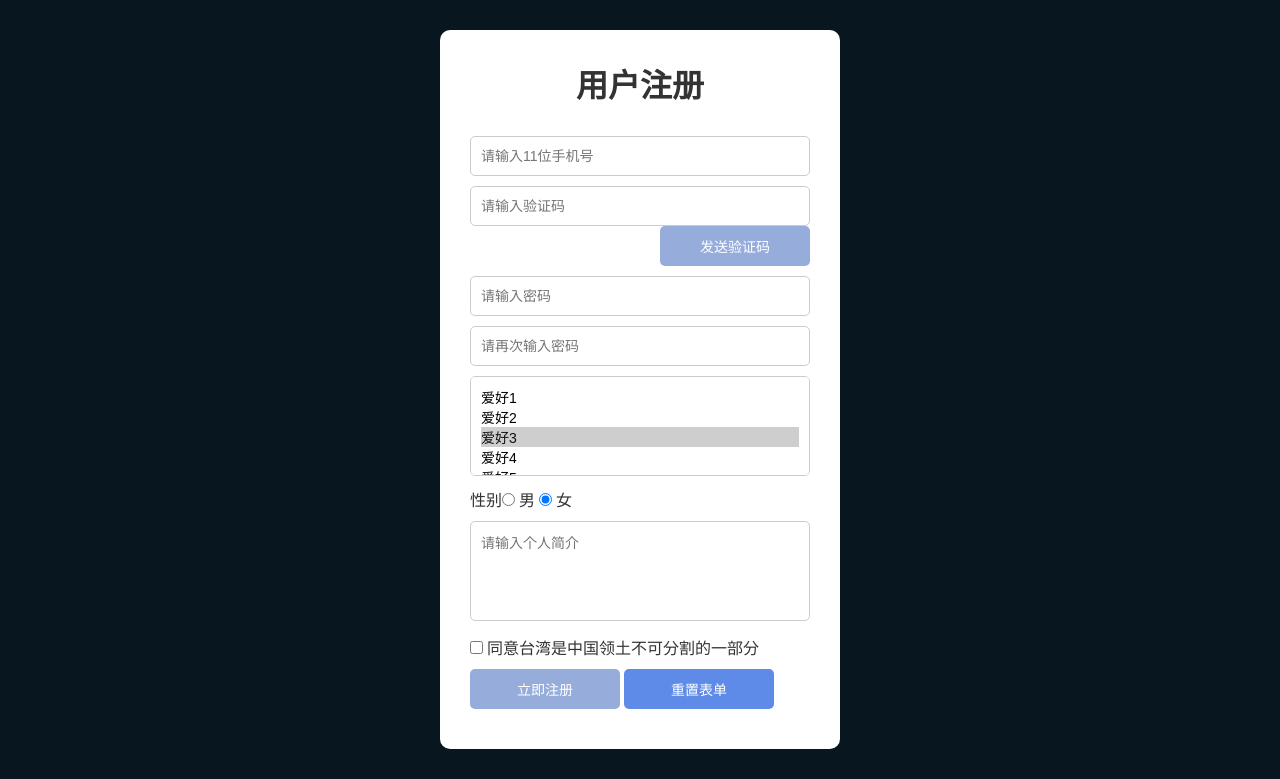
Repository: taoxiaofeng/hello-javascript
Page: master-class/index.html
These files come from the project's save history. The page is drawn as it stood at one moment and after the next save; the edit follows.
The browser window is 1280 px wide. The pictures show the whole page.

Above is the page before, as saved 2024-07-23 22:57:19.

### master-class/index.html
<!DOCTYPE html>
<html lang="en">

<head>
  <meta charset="UTF-8">
  <meta name="viewport" content="width=device-width, initial-scale=1.0">
  <title>用户注册</title>
  <link rel="stylesheet" href="./css/index.css">
</head>

<body>
  <form action="" class="container">
    <h1>用户注册</h1>
    <div class="form-item">
      <input class="txt"  type="text" placeholder="请输入11位手机号" >
    </div>
    <div class="form-item clearfix captcba">
      <input class="txt left"  type="text" placeholder="请输入验证码" >
      <button type="button" class="right" disabled>发送验证码</button>
    </div>

    <div class="form-item">
      <input class="txt"  type="password" placeholder="请输入密码" >
    </div>
    <div class="form-item">
      <input class="txt"  type="password" placeholder="请再次输入密码" >
    </div>

    <div class="form-item">
      <select multiple="multiple" class="txt">
        <option value="爱好1">爱好1</option>
        <option value="爱好2">爱好2</option>
        <option value="爱好3" selected="selected">爱好3</option>
        <option value="爱好4">爱好4</option>
        <option value="爱好5">爱好5</option>
        <option value="爱好6">爱好6</option>
        <option value="爱好7">爱好7</option>
        <option value="爱好8">爱好8</option>
        <option value="爱好9">爱好9</option>
        <option value="爱好10">爱好10</option>
      </select>
    </div>
    <div class="form-item clearfix">
      <div class="title left">性别</div>
      <div class="left">
        <label>
          <input  type="radio" name="sex" id="male" />
          <span>男</span>
        </label>
        <Label>
          <input  type="radio" name="sex" checked>
          <span>女</span>
        </Label>
      </div>
      <div></div>
    </div>

    <div class="form-item">
      <textarea class="txt" cols="50" rows="5" placeholder="请输入个人简介"></textarea>
    </div>

    <div class="form-item">
      <label>
        <input type="checkbox" />
        <span>同意台湾是中国领土不可分割的一部分</span>
      </label>
    </div>

    <div class="form-item">
      <button disabled>立即注册</button>
      <button type="reset">重置表单</button>
    </div>


  </form>
</body>

</html>

### master-class/css/index.css
* {
  margin: 0;
  padding: 0;
  box-sizing: border-box;
}

html {
  color: #333;
  background: #081620;
}

.container {
  background: #fff;
  width: 400px;
  margin: 30px auto;
  border-radius: 10px;
  padding: 30px;
}

.container h1 {
  /* 元素内部的文字居中 */
  text-align: center;
  margin-bottom: 30px;
}

.form-item {
  margin-bottom: 10px;
}

/* 搞定文本框的统一样式 */
.txt {
  outline: none;
  border: 1px solid #ccc;
  width: 100%;
  height: 40px;
  border-radius: 5px;
  font-size: 14px;
  padding: 0 10px;
  /* text-indent: 10px; */
}

/* 元素聚焦的样式 */
.txt:focus {
  border-color: #5f8be8;
}

/* 单独设置select的样式*/
select.txt {
  height: 100px;
  padding: 10px;
}

textarea.txt {
  height: 100px;
  padding: 10px;
  /*设置多行文本框是否可以被用户改变尺寸*/
  resize: none;
}

/* 按钮统一样式 */
button{
  height: 40px;
  width: 150px;
  border: none;
  outline: none;
  background: #5f8be8;
  color: #fff;
  font-size: 14px;
  border-radius: 5px;
  cursor: pointer;
}

button:hover {
  background: #759ae9;
}

/*选中禁用状态的按钮*/
button:disabled {
  background: #96acdb;
  cursor: not-allowed;
}

/*统一处理浮动*/
 .left {
  float: left;
 }

 .right {
  float: right;
 }

 .clearfix::after {
  content: '';
  display: block;
  clear: both;
 }

 /* 处理特殊样式 */
 .captcha .txt {
  width: 170px;
 }

After the next save:
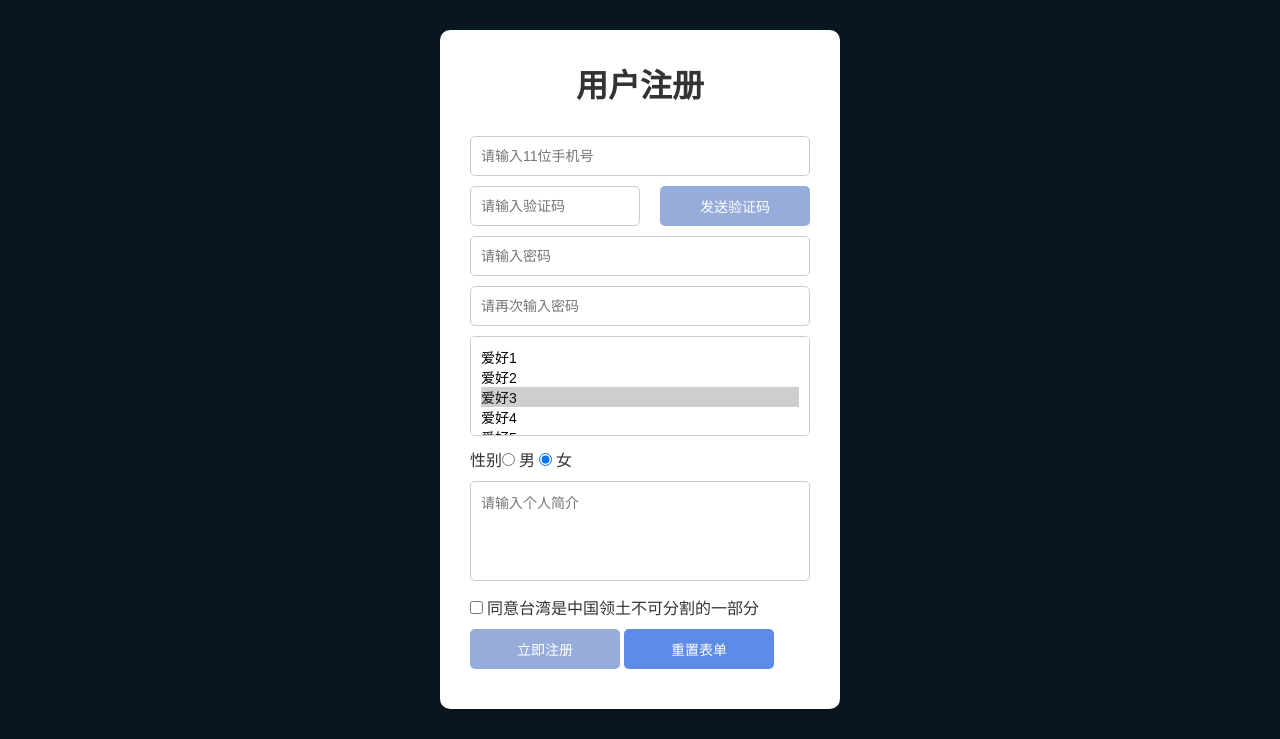
Saved 48 s later.
--- a/master-class/index.html
+++ b/master-class/index.html
@@ -14,7 +14,7 @@
     <div class="form-item">
       <input class="txt"  type="text" placeholder="请输入11位手机号" >
     </div>
-    <div class="form-item clearfix captcba">
+    <div class="form-item clearfix captcha">
       <input class="txt left"  type="text" placeholder="请输入验证码" >
       <button type="button" class="right" disabled>发送验证码</button>
     </div>
